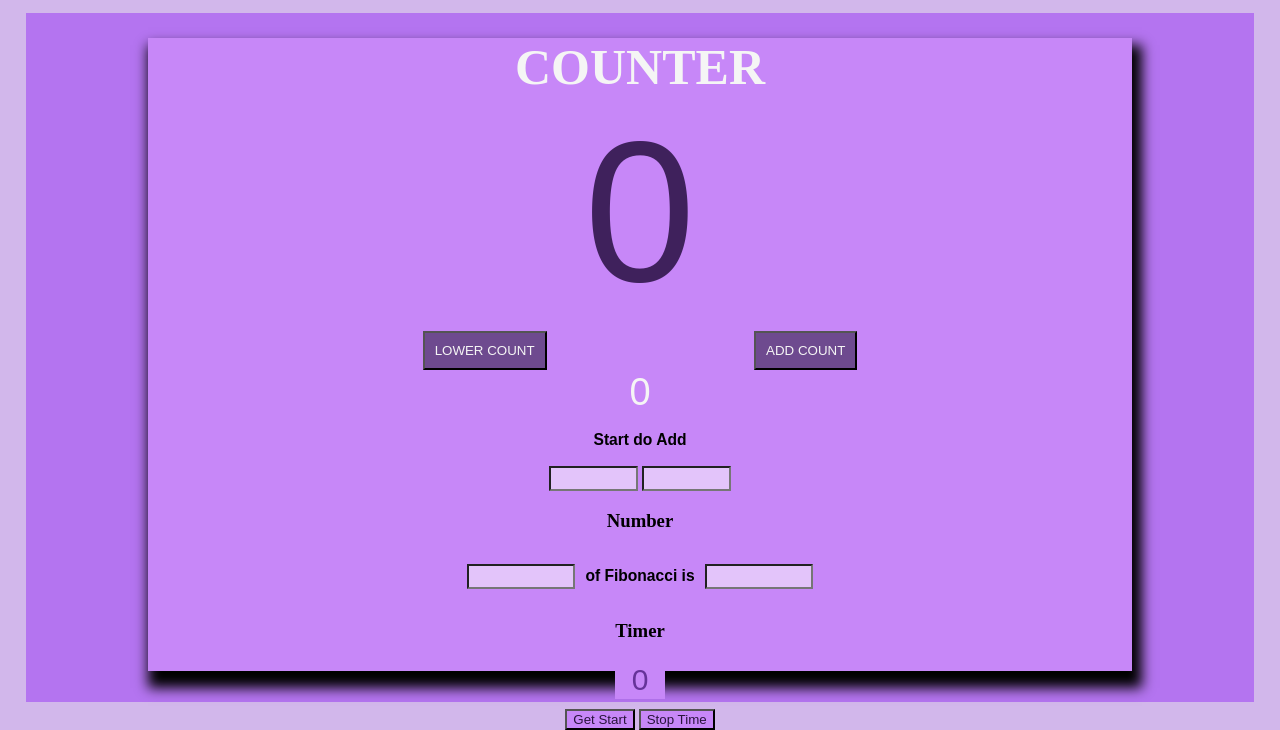
Repository: AnahitKhechumyan/Counter
Page: index.html
The author's editor kept a copy of each file at every save. The page is drawn from the files as they stood at one save, then again after the next save.
The browser window is 1280 px wide. The pictures show the whole page.

Above is the page before, as saved 2022-02-16 01:55:59.

After the next save:
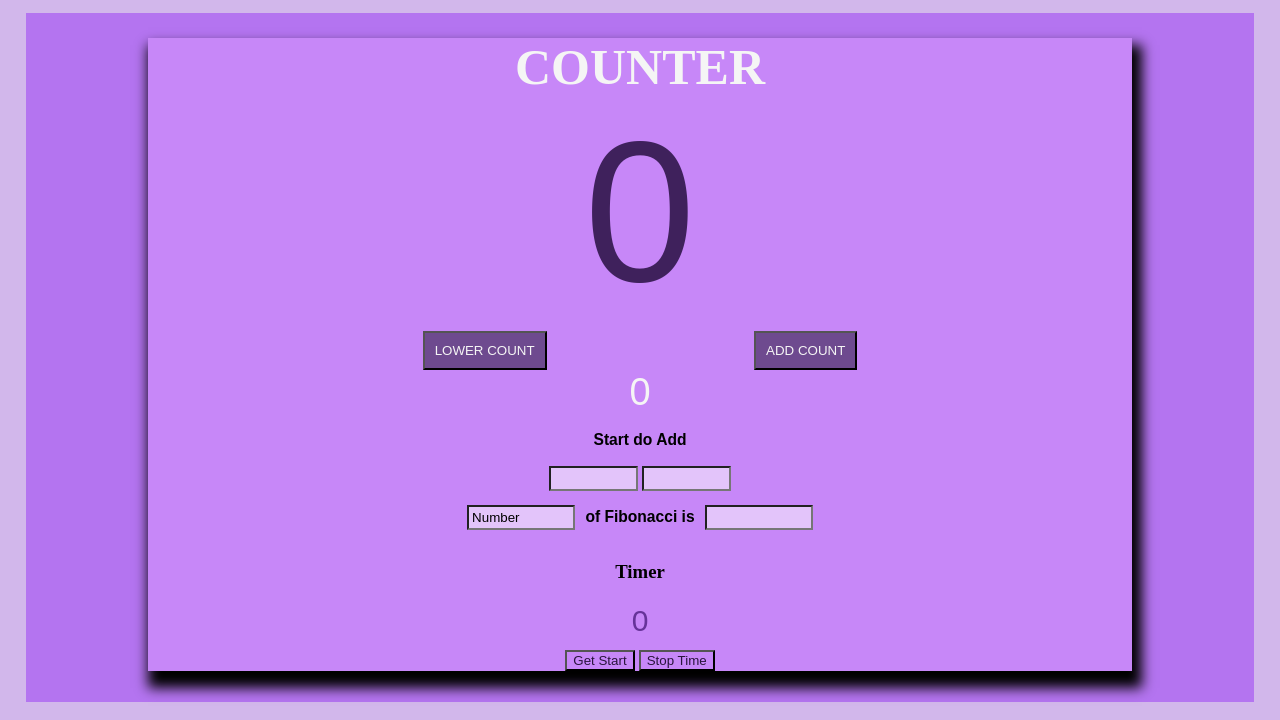
Saved 32 s later.
--- a/index.html
+++ b/index.html
@@ -23,8 +23,7 @@
                 <input class ="secondInput" type = "text"/>
            </div>
            <div class ="fibonacciNumber">
-           <h3>Number</h3>
-           <input class= "inputNumber" type="text"/>
+           <input class= "inputNumber" type="text" value ="Number"/>
            <button class= "fibonacci" type="button"><h3>of Fibonacci is</h3></button>
            <input class= "inputFibonacci" type="text"/>
            </div>
